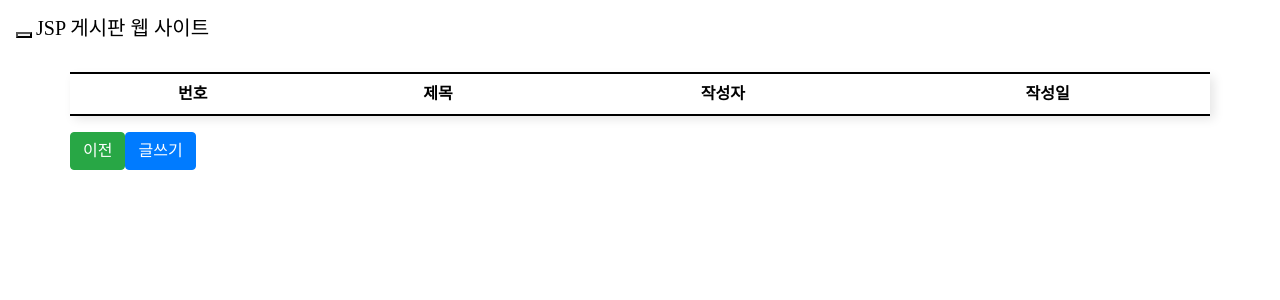
Repository: hz6450/2024-summer-jsp-notice-project
Page: http://localhost/BBS/BBS.jsp?pageNumber=0
An editor plug-in stored every save of this project. The page is shown before and after the next save, followed by the edit.
The browser window is 1280 px wide. The pictures show the whole page.
Some web fonts or font styles are not loaded; a fallback is used. Some web libraries are served in a nearby version. The page is served by Tomcat 10. Queries for data that is not in the repository find no rows.

Above is the page before, as saved 2024-07-12 08:05:10.

After the next save:
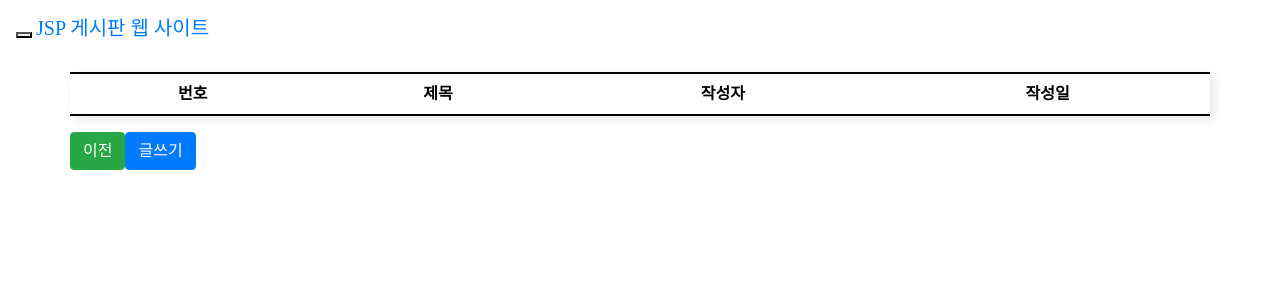
Saved 64 s later.
--- a/projects/BBS/src/main/webapp/BBS.jsp
+++ b/projects/BBS/src/main/webapp/BBS.jsp
@@ -14,10 +14,6 @@
 <link rel="stylesheet" href="css/custom.css">
 <title>jsp 게시판 웹 사이트</title>
 <style type="text/css">
-	a, a:hover{
-	color:#000000;
-	text-decoration: none;
-	}
 </style>
 </head>
 
